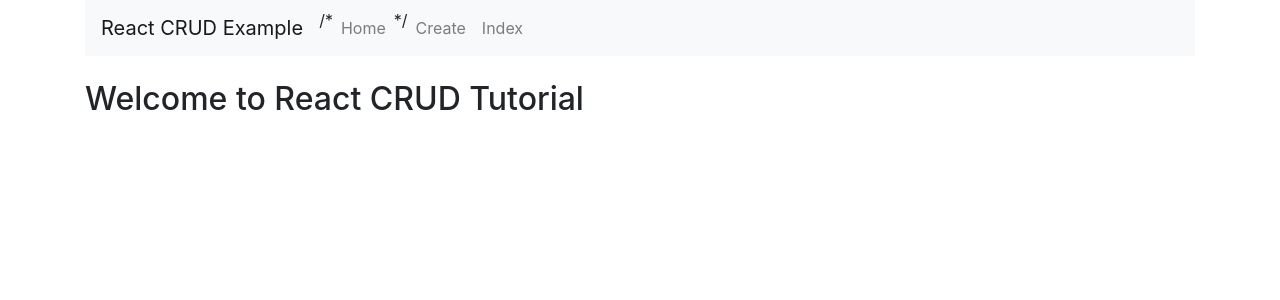
Repository: anushkagarg/crudreact
Page: /
These files come from the project's save history. The page is drawn as it stood at one moment and after a run of saves; the edit follows.
The browser window is 1280 px wide. The pictures show the whole page.
The project was rebuilt for these pictures with package versions that can differ from the ones it lists, and the page was loaded fresh each time. Also part of the build but not shown: src/components/create.component.js, src/components/TableRow.js, src/components/index.component.js, src/components/edit.component.js.

Above is the page before, as saved 2020-08-07 16:22:08.

After the next 2 saves:
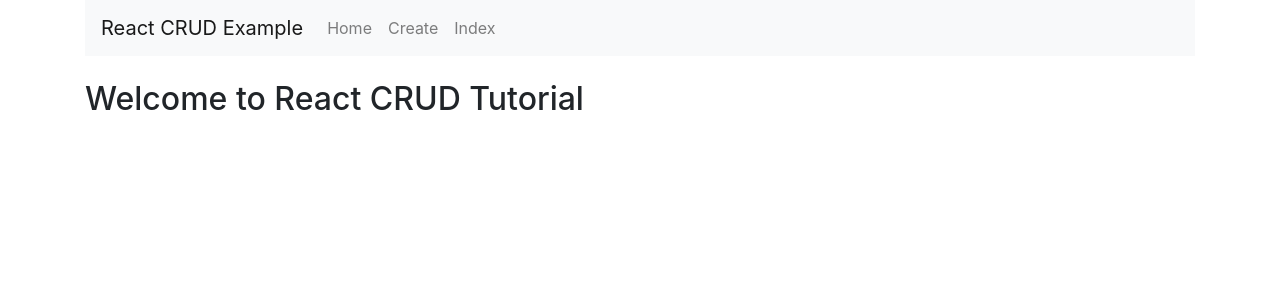
The 2 saves are shown as one change because they came seconds apart.
The last was saved 14 s later.
--- a/src/App.js
+++ b/src/App.js
@@ -14,9 +14,9 @@ class App extends Component {
       <Link to={'/'} className="navbar-brand">React CRUD Example</Link>
       <div className="collapse navbar-collapse" id="navbarSupportedContent">
         <ul className="navbar-nav mr-auto">
-        /*<li className="nav-item">
+        <li className="nav-item">
           <Link to={'/'} className="nav-link">Home</Link>
-          </li>*/
+          </li>
           <li className="nav-item">
             <Link to={'/create'} className="nav-link">Create</Link>
           </li>
